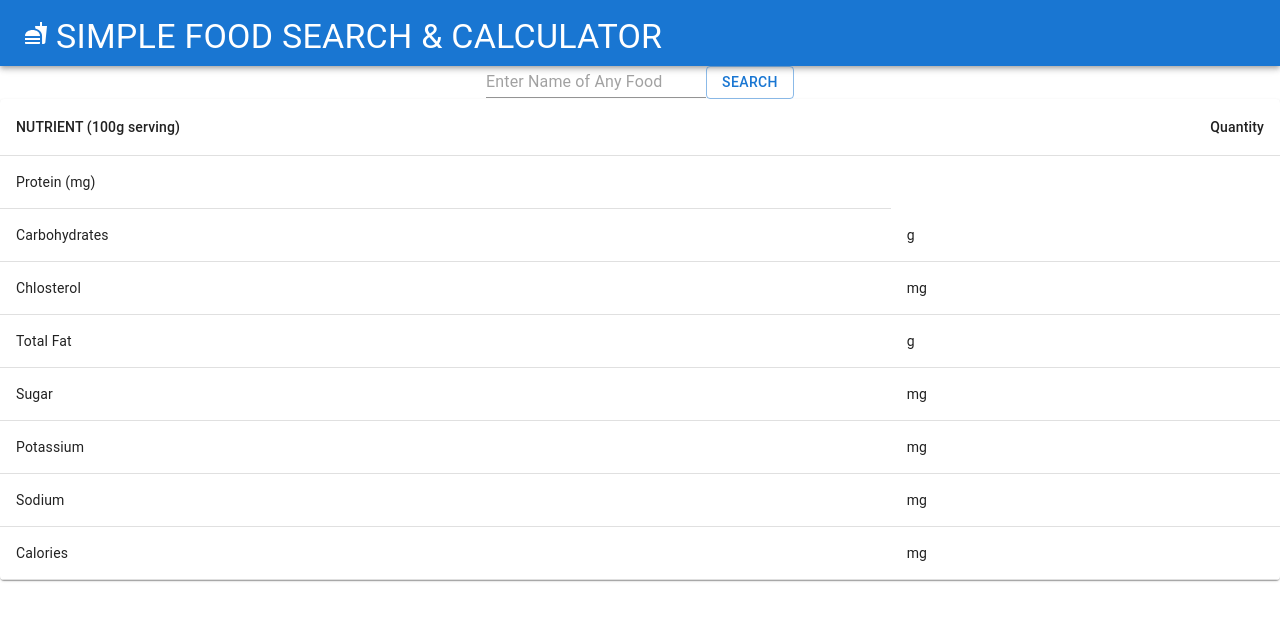
Repository: Mikerr21/Diet-Nutrition-API
Page: /
The author's editor kept a copy of each file at every save. The page is drawn from the files as they stood at one save, then again after the next save.
The browser window is 1280 px wide. The pictures show the whole page.
The project was rebuilt for these pictures with package versions that can differ from the ones it lists, and the page was loaded fresh each time.

Above is the page before, as saved 2022-09-21 15:44:34.

After the next save:
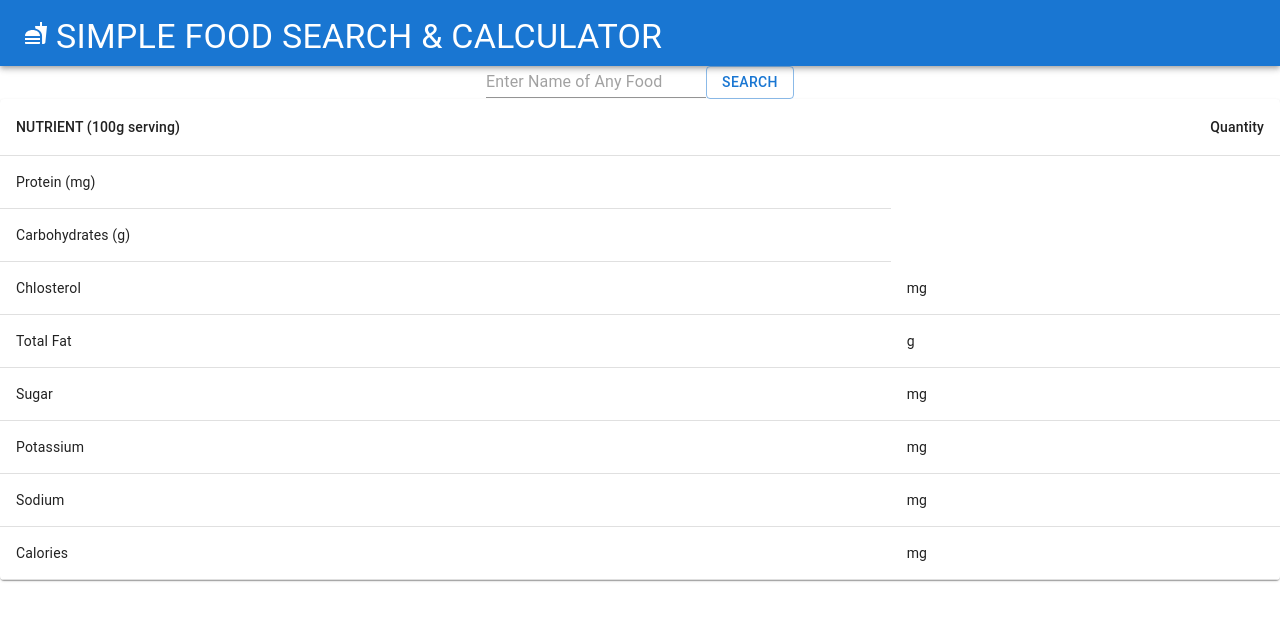
Saved 16 s later.
--- a/src/App.js
+++ b/src/App.js
@@ -107,14 +107,10 @@ function App() {
 									<TableCell>
 										Protein (mg)
 									</TableCell>
-
 								</TableRow>
                 <TableRow>
 									<TableCell>
-										Carbohydrates
-									</TableCell>
-									<TableCell>
-                   g
+										Carbohydrates (g)
 									</TableCell>
 								</TableRow>
                 <TableRow>
